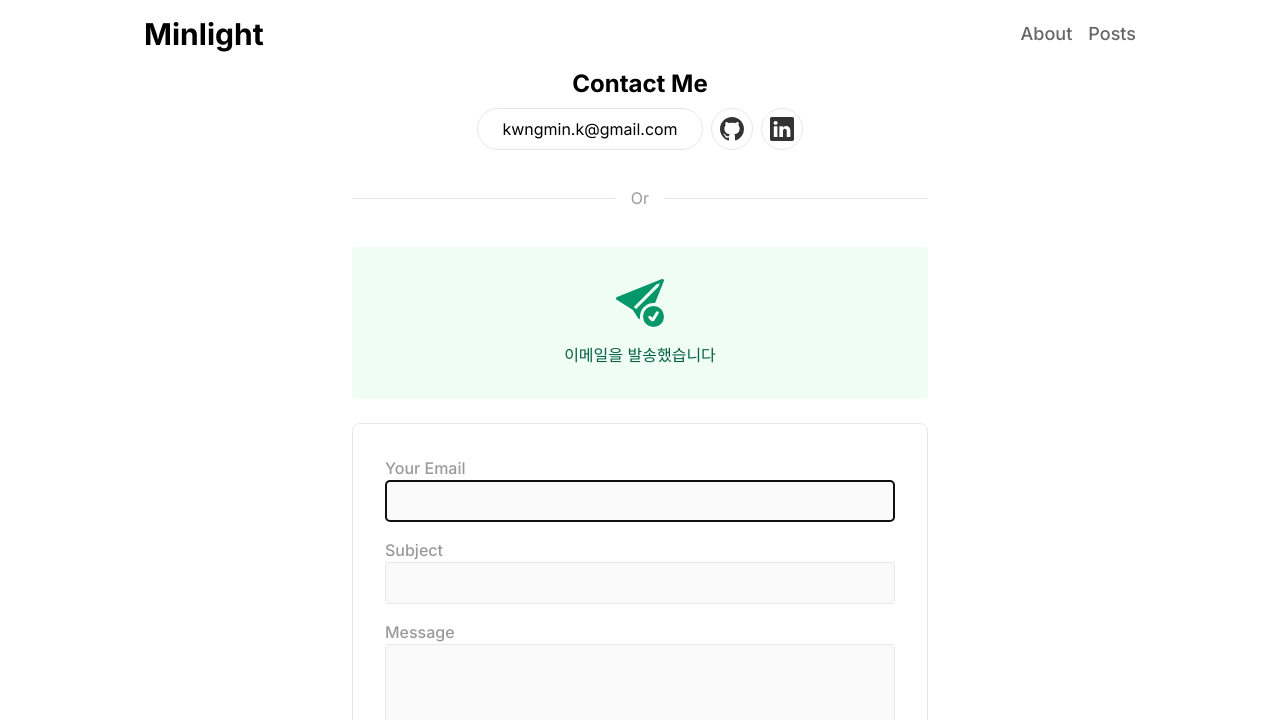
Repository: kwngmin/minlight-blog
Page: /contact
The author's editor kept a copy of each file at every save. The page is drawn from the files as they stood at one save, then again after the next save.
The browser window is 1280 px wide. The pictures show the whole page.
An inner scrolling area shows only its first screen. The project was rebuilt for these pictures with package versions that can differ from the ones it lists, and the page was loaded fresh each time. The framework's server and built-in components were replaced by stand-ins that run in the browser. Also part of the build but not shown: next.config.js.

Above is the page before, as saved 2023-04-03 17:42:21.

After the next save:
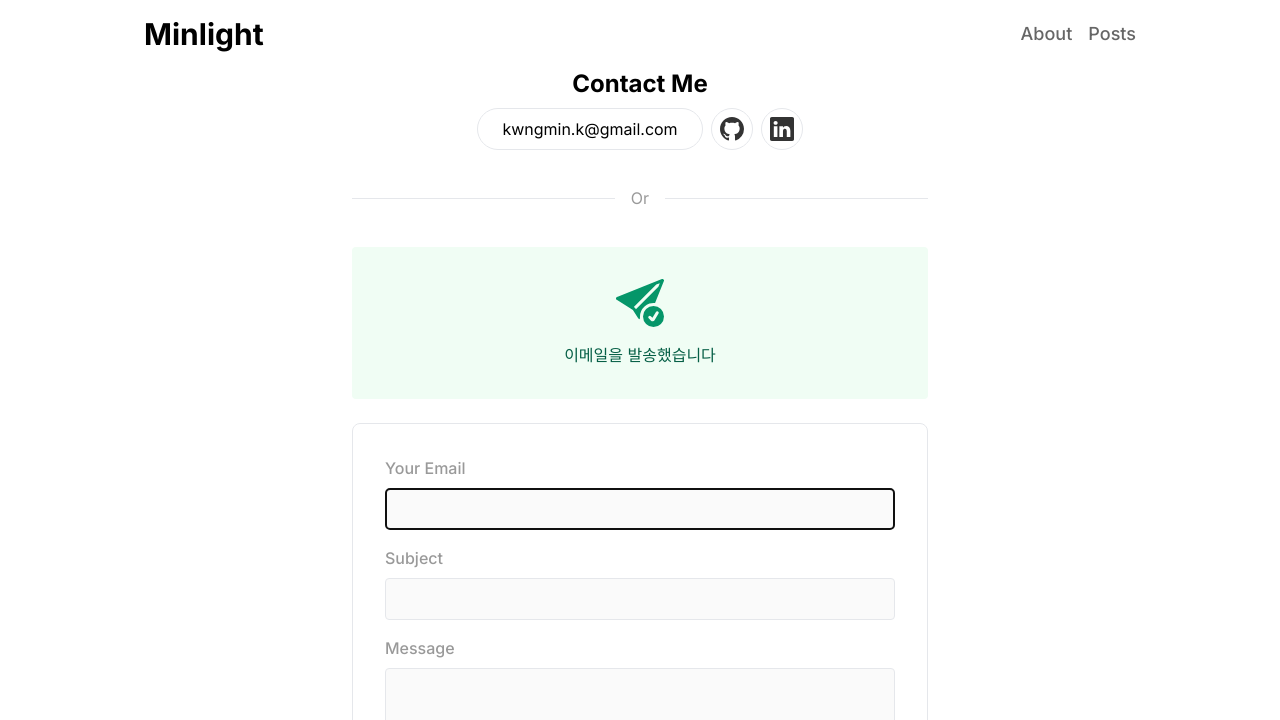
Saved 6 s later.
--- a/src/components/ContactForm.tsx
+++ b/src/components/ContactForm.tsx
@@ -33,7 +33,7 @@ export default function ContactForm() {
     //   message: "",
     // });
   };
-  const INPUT_LABEL = "font-medium text-black/40";
+  const INPUT_LABEL = "font-medium text-black/40 mb-2";
   const INPUT_BOX = "mb-4 resize-none px-3 py-2 border rounded bg-zinc-50";
   return (
     <section className="w-full">
